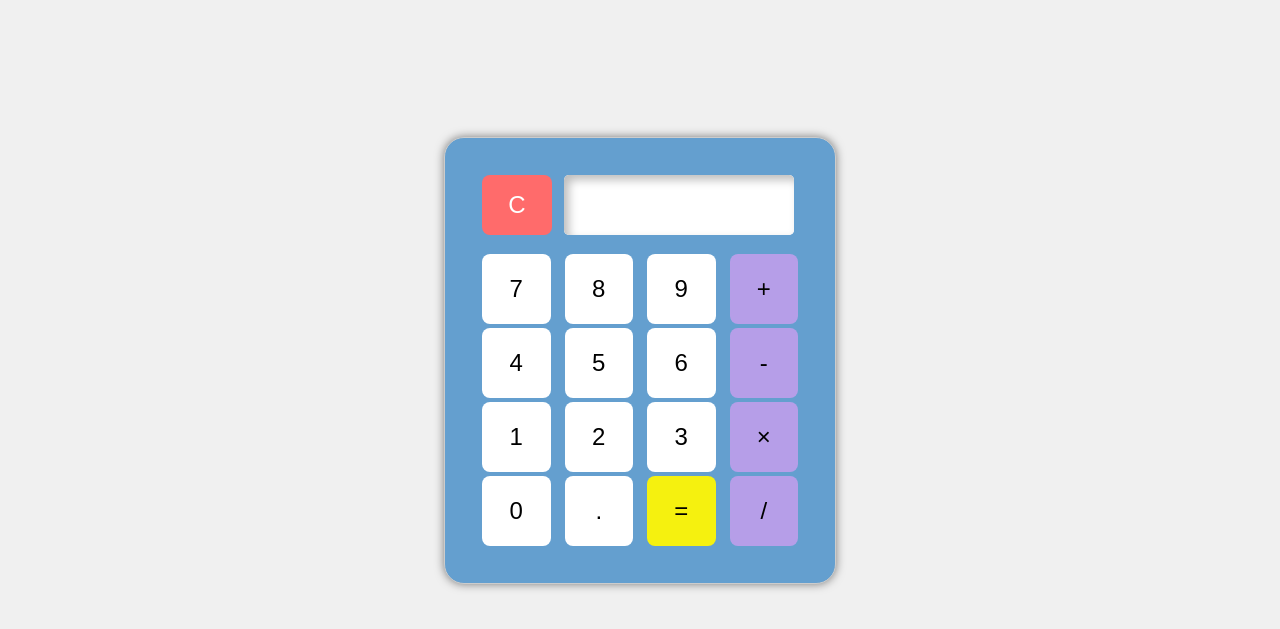
Repository: Burnmyheart/calculator
Page: index.html
An editor plug-in stored every save of this project. The page is shown before and after the next save, followed by the edit.
The browser window is 1280 px wide. The pictures show the whole page.

Above is the page before, as saved 2025-04-29 00:09:41.

### index.html
<!DOCTYPE html>
<html lang="en">
  <head>
    <meta charset="UTF-8" />
    <meta name="viewport" content="width=device-width, initial-scale=1.0" />
    <title>Калькулятор</title>
    <link rel="stylesheet" href="style.css" />
  </head>
  <body>
    <div class="calculator">
      <!-- Поле вывода и кнопка сброса -->
      <div class="display-container">
        <button class="clear" onclick="clearDisplay()">C</button>
        <input class="input" type="text" id="display" readonly />
      </div>

      <!-- Кнопки калькулятора -->
      <div>
        <button onclick="addNumber('7')">7</button>
        <button onclick="addNumber('8')">8</button>
        <button onclick="addNumber('9')">9</button>
        <button class="operation" onclick="addOperation('+')">+</button>
      </div>
      <div>
        <button onclick="addNumber('4')">4</button>
        <button onclick="addNumber('5')">5</button>
        <button onclick="addNumber('6')">6</button>
        <button class="operation" onclick="addOperation('-')">-</button>
      </div>
      <div>
        <button onclick="addNumber('1')">1</button>
        <button onclick="addNumber('2')">2</button>
        <button onclick="addNumber('3')">3</button>
        <button class="operation" onclick="addOperation('*')">×</button>
      </div>
      <div>
        <button onclick="addNumber('0')">0</button>
        <button onclick="addNumber('.')">.</button>
        <button class="calculate" onclick="calculate()">=</button>
        <button class="operation" onclick="addOperation('/')">/</button>
      </div>
    </div>

    <script src="calculator.js"></script>
  </body>
</html>

### style.css
/* Базовые стили для читаемости */
body {
  display: flex;
  justify-content: center;
  align-items: center;
  min-height: 100vh;
  margin: 0;
  background-color: #f0f0f0;
}

.calculator {
  background-color: #649fcf;
  padding: 35px;
  border: 1px solid #ccc;
  border-radius: 20px;
  width: 320px;
  box-shadow: 0 0 10px 0 rgba(0, 0, 0, 0.5);
}

input {
  box-shadow: inset 5px 5px 10px #bebebe, inset -5px -5px 10px #ffffff;
}

.display-container {
  margin-bottom: 15px;
  display: flex;
  align-items: center;
  gap: 10px;
}

#display {
  width: 200px;
  height: 50px;
  padding: 5px 15px;
  text-align: right;
  font-size: 24px;
  border-radius: 5px;
  border: none;
}

.calculator > div:not(.display-container) {
  display: flex;
  justify-content: center;
  gap: 10px;
}

button {
  width: 70px;
  height: 70px;
  margin: 2px;
  border: none;
  background-color: white;
  border-radius: 8px;
  font-size: 24px;
  cursor: pointer;
  transition: all 0.2s ease;
}
button:hover {
  transform: scale(1.1);
  box-shadow: 0 0 10px rgba(0, 0, 0, 0.2);
}

.clear {
  background-color: #ff6b6b;
  color: white;
  height: 60px;
}
.clear:hover {
  background-color: #ff5252;
}
.calculate {
  background-color: #f5f10f;
}
.calculate:hover {
  background-color: #e6e200;
}
.operation {
  background-color: #ef9efa98;
}
.operation:hover {
  background-color: #ef9efa;
}

### calculator.js
// Получаем элемент дисплея
const display = document.getElementById("display");

// Переменные для хранения данных
let firstNumber = "";
let operator = "";
let newNumber = false;

// Добавление цифры
function addNumber(num) {
  if (newNumber) {
    display.value = num;
    newNumber = false;
  } else {
    display.value += num;
  }
}

// Добавление операции
function addOperation(op) {
  if (display.value !== "") {
    firstNumber = display.value;
    operator = op;
    newNumber = true;
  }
}

// Вычисление результата
function calculate() {
  if (firstNumber && operator && display.value) {
    let result;
    let a = parseFloat(firstNumber);
    let b = parseFloat(display.value);

    switch (operator) {
      case "+":
        result = a + b;
        break;
      case "-":
        result = a - b;
        break;
      case "*":
        result = a * b;
        break;
      case "/":
        if (b === 0) {
          result = "Ошибка";
        } else {
          result = a / b;
        }
        break;
    }

    display.value = result;
    firstNumber = "";
    operator = "";
    newNumber = true;
  }
}

// Очистка дисплея
function clearDisplay() {
  display.value = "";
  firstNumber = "";
  operator = "";
  newNumber = false;
}

document.addEventListener("keydown", function (event) {
  if (/[0-9.]/.test(event.key)) {
    addNumber(event.key);
  } else if (["+", "-", "*", "/"].includes(event.key)) {
    addOperation(event.key);
  } else if (event.key === "=" || event.key === "Enter") {
    calculate();
  } else if (event.key === "Escape" || event.key === "Delete") {
    clearDisplay();
  } else if (event.key === "Backspace") {
    display.value = display.value.slice(0, -1);
  }
});

After the next save:
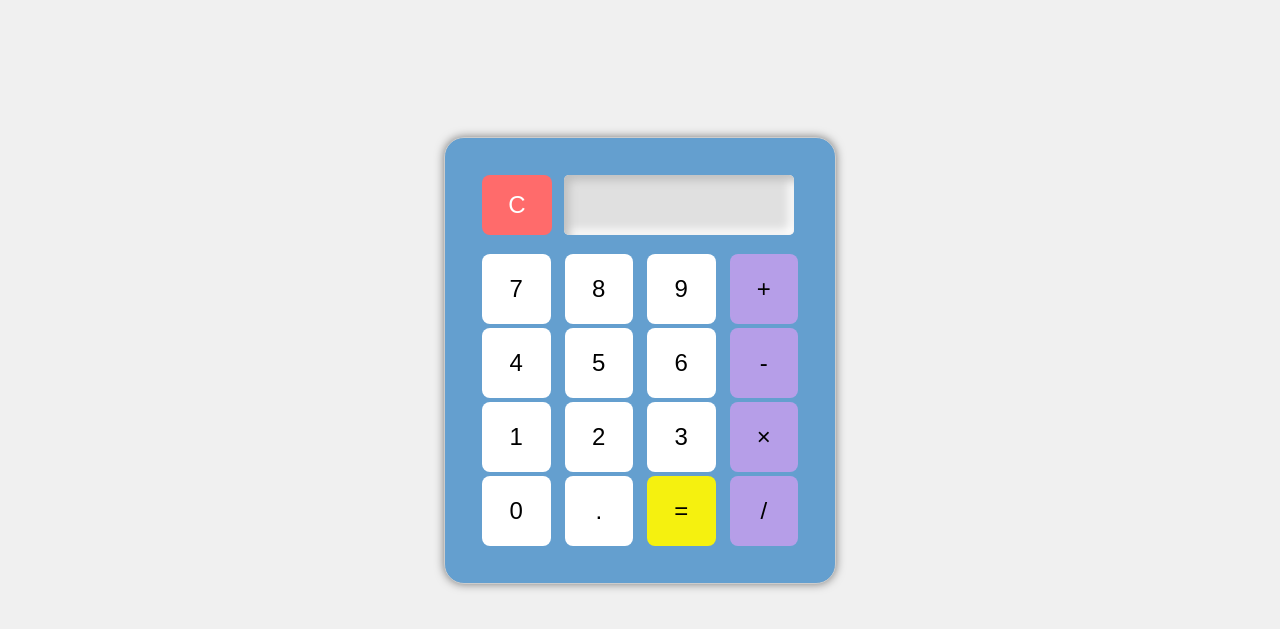
Saved 23 s later.
--- a/style.css
+++ b/style.css
@@ -18,6 +18,8 @@ body {
 }
 
 input {
+  border-radius: 10px;
+  background: #e0e0e0;
   box-shadow: inset 5px 5px 10px #bebebe, inset -5px -5px 10px #ffffff;
 }
 
